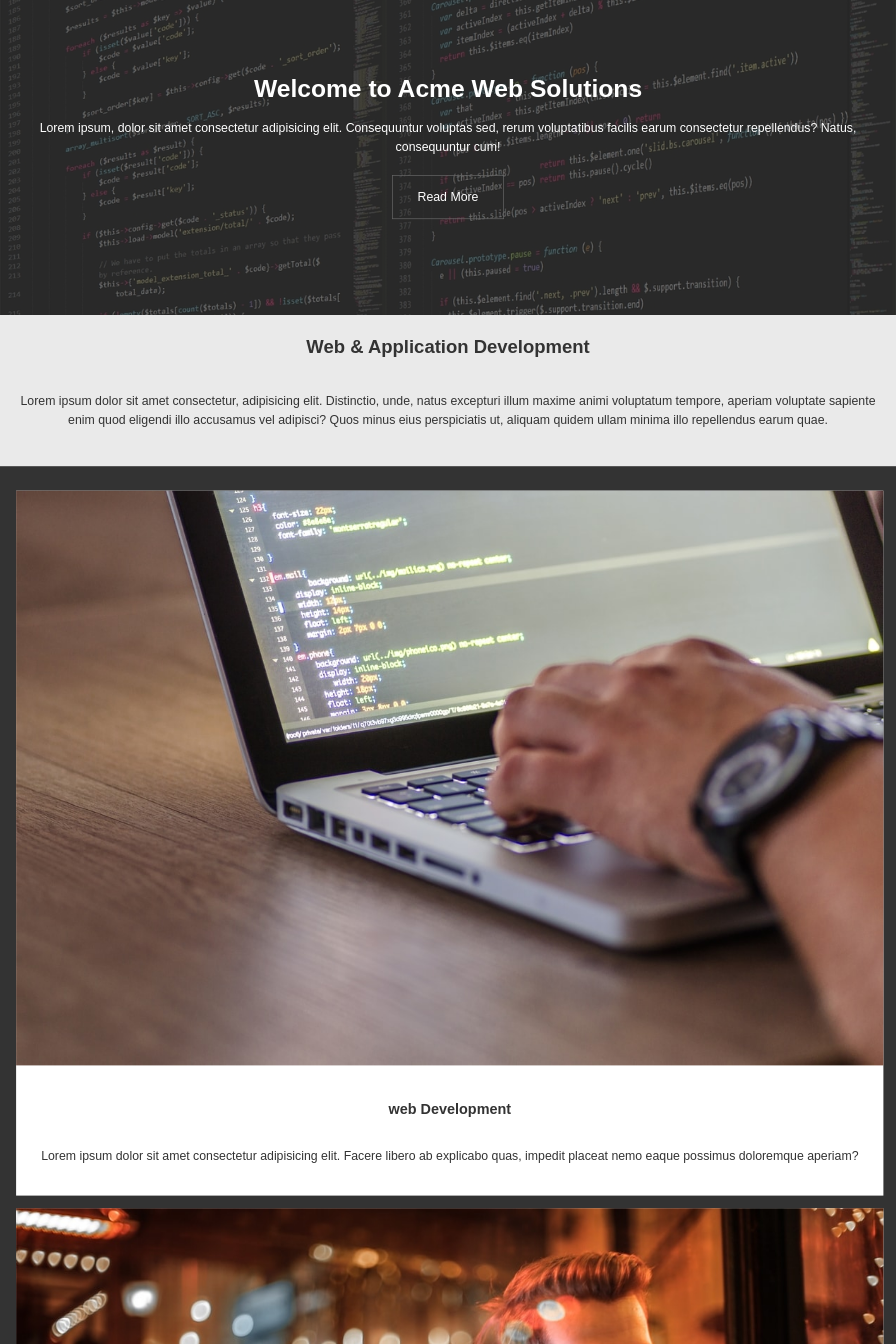
Repository: ErikBaer/MobileFirst
Page: index.html
These files come from the project's save history. The page is drawn as it stood at one moment and after the next save; the edit follows.
The browser window is 1280 px wide. The pictures show the part of the page from y = 0 to 1920 px (the page is 4776 px tall before and 3913 px after), at 70% of full size.

Above is the page before, as saved 2020-02-15 03:43:12.

### index.html
<!DOCTYPE html>
<html lang="en">
<head>
    <meta charset="UTF-8">
    <meta name="viewport" content="width=device-width, initial-scale=1.0">
    <link rel="stylesheet" type="text/css" href="style.css">
    <title>Acme Web Solutions</title>
</head>
<body>

<!--Header Showcase -->

   <header id="showcase" class="grid">
    <div class="bg-image"></div>
    <div class="content-wrap">
    <h1>Welcome to Acme Web Solutions</h1>
    <p>Lorem ipsum, dolor sit amet consectetur adipisicing elit.
         Consequuntur voluptas sed, rerum voluptatibus facilis
         earum consectetur repellendus? Natus, consequuntur cum!
        </p>
    <a href="#section-b" class="btn">Read More</a>
    </div>
</header>

<!-- Main Area -->

<main id="main">

    <!-- Section A -->

    <section id="section-a" class="grid">
        <div class="content-wrap">
            <h2 class="content-title">Web & Application Development</h2>
            <p>Lorem ipsum dolor sit amet consectetur, adipisicing elit.
                Distinctio, unde, natus excepturi illum maxime animi
                voluptatum tempore, aperiam voluptate sapiente enim quod
                 eligendi illo accusamus vel adipisci? Quos minus eius
                 perspiciatis ut, aliquam quidem ullam minima illo
                 repellendus earum quae.</p>
        </div>
    </section>

    <!-- Section B -->

    <section id="section-b" class="grid">
        <ul>
            <li>
                <div class="card">
                    <img src="./Assets/Coding-Person.jpg" alt="">
                    <div class="card-content">
                        <h3 class="card-title">web Development</h3>
                        <p>Lorem ipsum dolor sit amet consectetur
                            adipisicing elit. Facere libero ab explicabo
                            quas, impedit placeat nemo eaque possimus
                            doloremque aperiam?</p>
                    </div>
                </div>
            </li>
            <li>
                <div class="card">
                    <img src="./Assets/mobile-man.jpg" alt="">
                    <div class="card-content">
                        <h3 class="card-title">Mobile Applications</h3>
                        <p>Lorem ipsum dolor sit amet consectetur
                            adipisicing elit. Facere libero ab explicabo
                            quas, impedit placeat nemo eaque possimus
                            doloremque aperiam?</p>
                    </div>
                </div>
            </li>
            <li>
                <div class="card">
                    <img src="./Assets/charts.jpg" alt="">
                    <div class="card-content">
                        <h3 class="card-title">Tech Marketing</h3>
                        <p>Lorem ipsum dolor sit amet consectetur
                            adipisicing elit. Facere libero ab explicabo
                            quas, impedit placeat nemo eaque possimus
                            doloremque aperiam?</p>
                    </div>
                </div>
            </li>
        </ul>
    </section>

    <!-- Section C -->
    <section id="section-c" class="grid">
        <div class="content-wrap">
            <h2 class="content-title"> We handle all of your digital needs</h2>
            <p>Lorem, ipsum dolor sit amet consectetur adipisicing elit.
                Neque asperiores pariatur dolorem ipsum dicta recusandae
                 optio vel doloremque deserunt maiores?</p>
        </div>
    </section>

    <!-- Section D -->

    <section id="section-d" class="grid">
        <div class="box">
            <h2 class="content-title">Contact Us</h2>
            <p>Lorem ipsum dolor sit, amet consectetur adipisicing elit.
                 Alias, totam quas ipsam doloremque dignissimos doloribus
                 laudantium aut provident dolore. Maxime!</p>
            <p>contact@acmewebsolutions.test</p>
        </div>
        <div class="box">
            <h2 class="content-title">About Our Company</h2>
            <p>Lorem ipsum dolor, sit amet consectetur adipisicing elit.
                Delectus ut placeat, nulla inventore laboriosam quisquam!
                Porro, asperiores libero molestiae a facilis et, ex magni
                 nostrum rem delectus quia ut? Vitae.</p>
        </div>
    </section>
</main>

<!-- Footer -->

<footer id="main-footer" class="grid">
    <div>Acme Web Solutions</div>
    <div>Project by <a href="www.baerdata.de" target="blank">Erik Baer</a></div>
</footer>

</body>
</html>

### style.css
body {
    margin: 0;
    font-family: Arial, Helvetica, sans-serif;
    background-color: #333;
    color: white;
    font-size:1.1em;
    line-height: 1.5;
    text-align: center;
}

img {
    display:block;
    width:100%;
    height: auto;
}

h1, h2, h3 {
    margin:0;
    padding: 1em 0;
}

p {
    margin: 0;
    padding: 1em 0;
}

.btn {
    display: inline-block;
    background: 333;
    color: white;
    text-decoration: none;
    padding: 1em 2em;
    border: 1px solid #666;
    margin: .5em 0
}

.btn:hover {
  background: #eaeaea;
  color: #333;
}

/* Header Showcase */

#showcase {
    min-height: 450px;
    color: #fff;
    text-align: center;
}

#showcase .bg-image {
    position: absolute;
    background: #333 url(/Assets/code.jpg);
    background-position: center;
    background-repeat: no-repeat;
    background-size: cover;
    width: 100%;
    height: 450px;
    z-index: -1;
    opacity: 0.4;
}

#showcase h1 {
    padding-top: 100px;
    padding-bottom: 0;
}

#showcase .content-wrap,
#section-a .content-wrap {
    padding: 0 1.5em;
}


/* Section A */

#section-a {
    background: #eaeaea;
    color: #333;
    padding-bottom: 2em;
}


/* Section B */

#section-b {
    padding: 2em 1em 1em;
}

#section-b ul {
    list-style:none;
    margin:0;
    padding:0;
}

#section-b li {
    margin-bottom: 1em;
    background: #fff;
    color: #333;

}

.card-content {
    padding: 1.5em;
}

/* Section c */

#section-c {
    background: #fff;
    color: #333;
    padding: 2em;
}

/* Section D / Boxes */

#section-d .box {
    padding: 2em;
    color: #fff;
}

#section-d .box:first-child {
    background: #2690d4;
}

/* Footer */

#main-footer {
    padding: 3em;
    background: #000;
    color: white;
    text-align: center;
}

#main-footer a {
    color: #2690d4;
    text-decoration: none;
}

/* Media Queries */

@media(min-width: 700px) {
    .grid {
        display: grid;
        grid-template-columns: 1fr repeat(2, minnmax(auto, 25em))1fr;
    }

    .content-wrap,
     #section-b ul {
         grid-column: 2/4;
     }

     .box, #main-footer div {
         grid-column: span 2;
     }
}

After the next save:
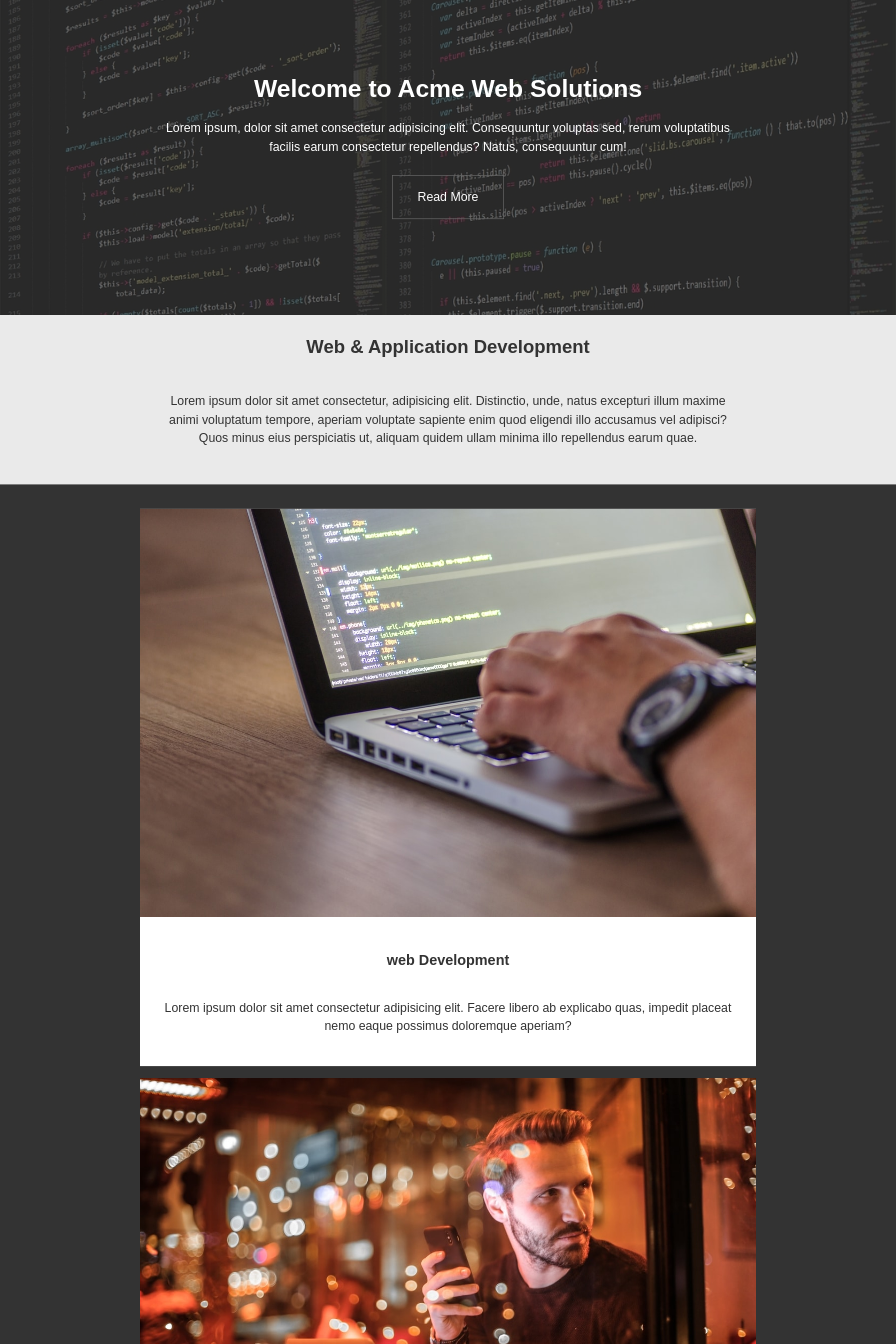
Saved 3 min 4 s later.
--- a/style.css
+++ b/style.css
@@ -140,7 +140,7 @@ p {
 @media(min-width: 700px) {
     .grid {
         display: grid;
-        grid-template-columns: 1fr repeat(2, minnmax(auto, 25em))1fr;
+        grid-template-columns: 1fr repeat(2, minmax(auto, 25em))1fr;
     }
 
     .content-wrap,
